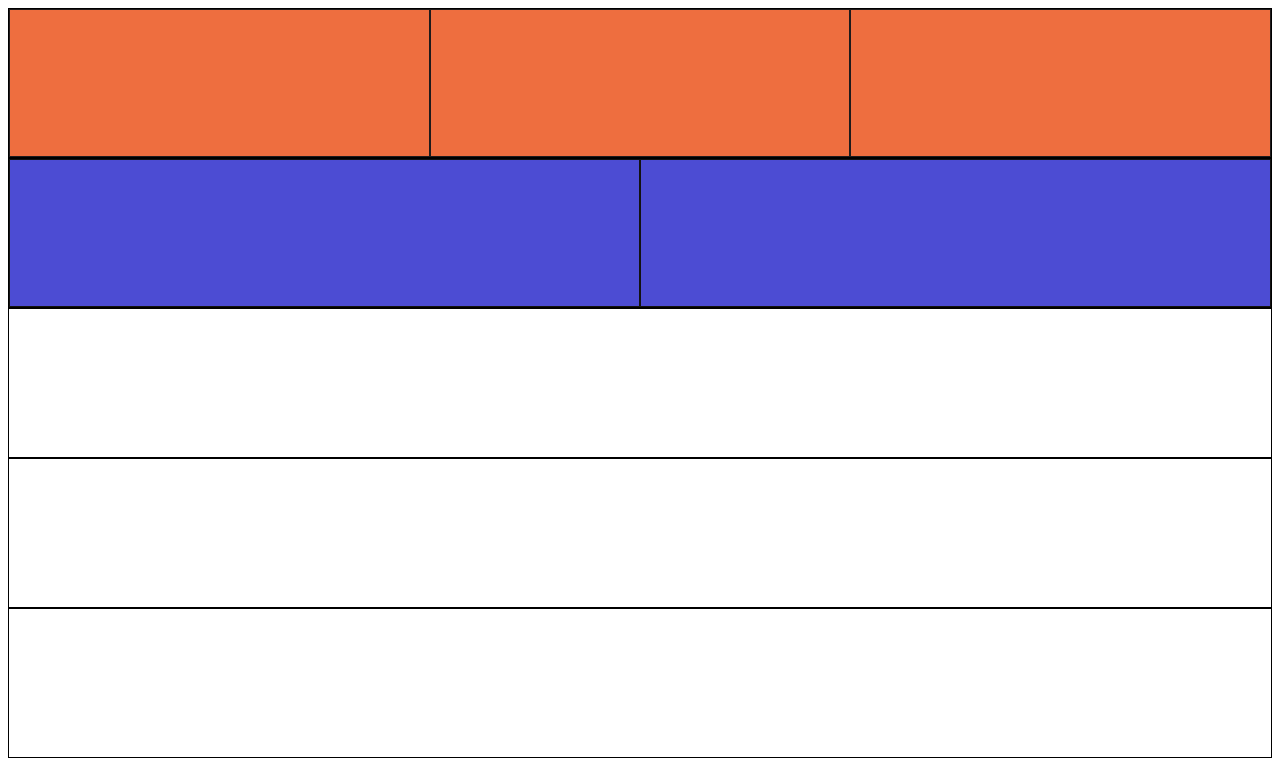
Repository: AishwaryaPandey987/PGLife
Page: home.html
The author's editor kept a copy of each file at every save. The page is drawn from the files as they stood at one save, then again after the next save.
The browser window is 1280 px wide. The pictures show the whole page.

Above is the page before, as saved 2022-10-27 20:50:41.

After the next save:
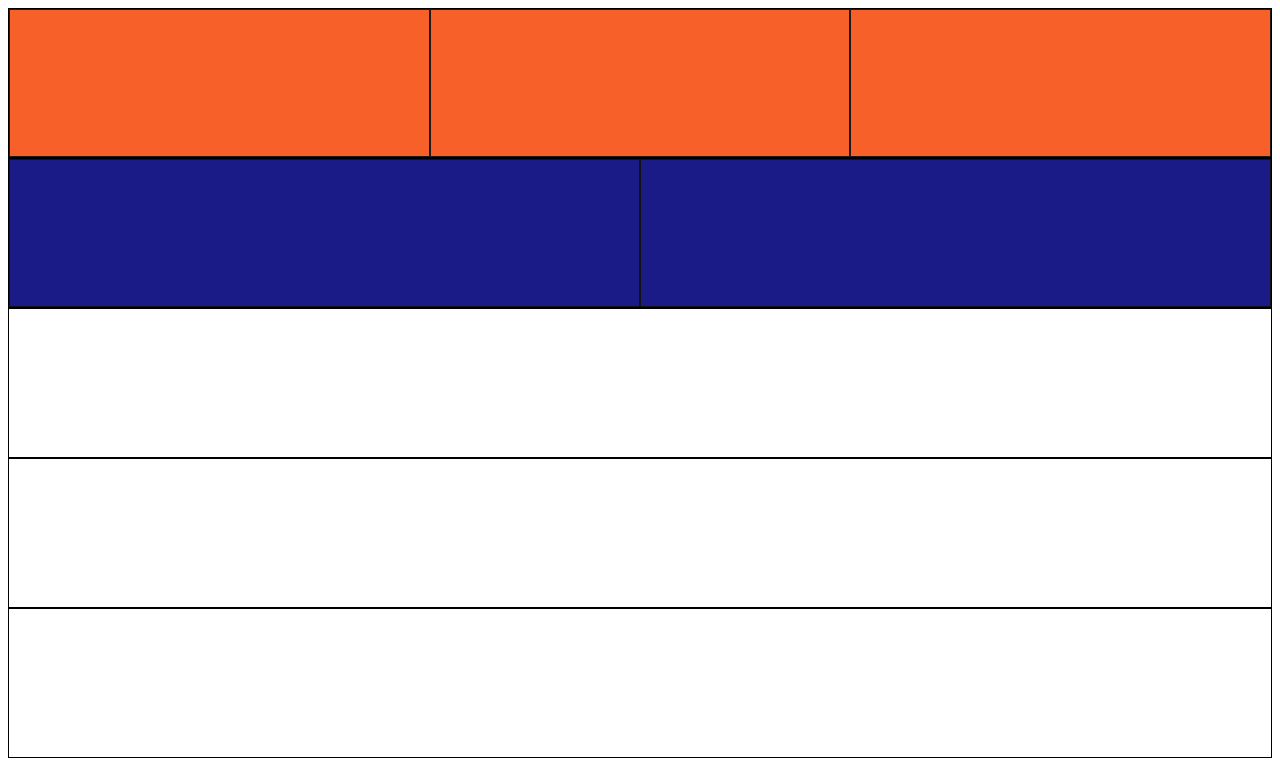
Saved 25 s later.
--- a/css/style.css
+++ b/css/style.css
@@ -14,7 +14,7 @@
   display: inline-block;
   height: 100%;
   width: 33.33%;
-background-color: rgb(238, 110, 63);
+background-color: rgb(247, 96, 41);
 
 }
 .col2{
@@ -22,5 +22,5 @@ background-color: rgb(238, 110, 63);
   display: inline-block;
   height: 100%;
   width: 50%;
-  background-color: rgb(76, 76, 211);
+  background-color: rgb(27, 27, 136);
 }
